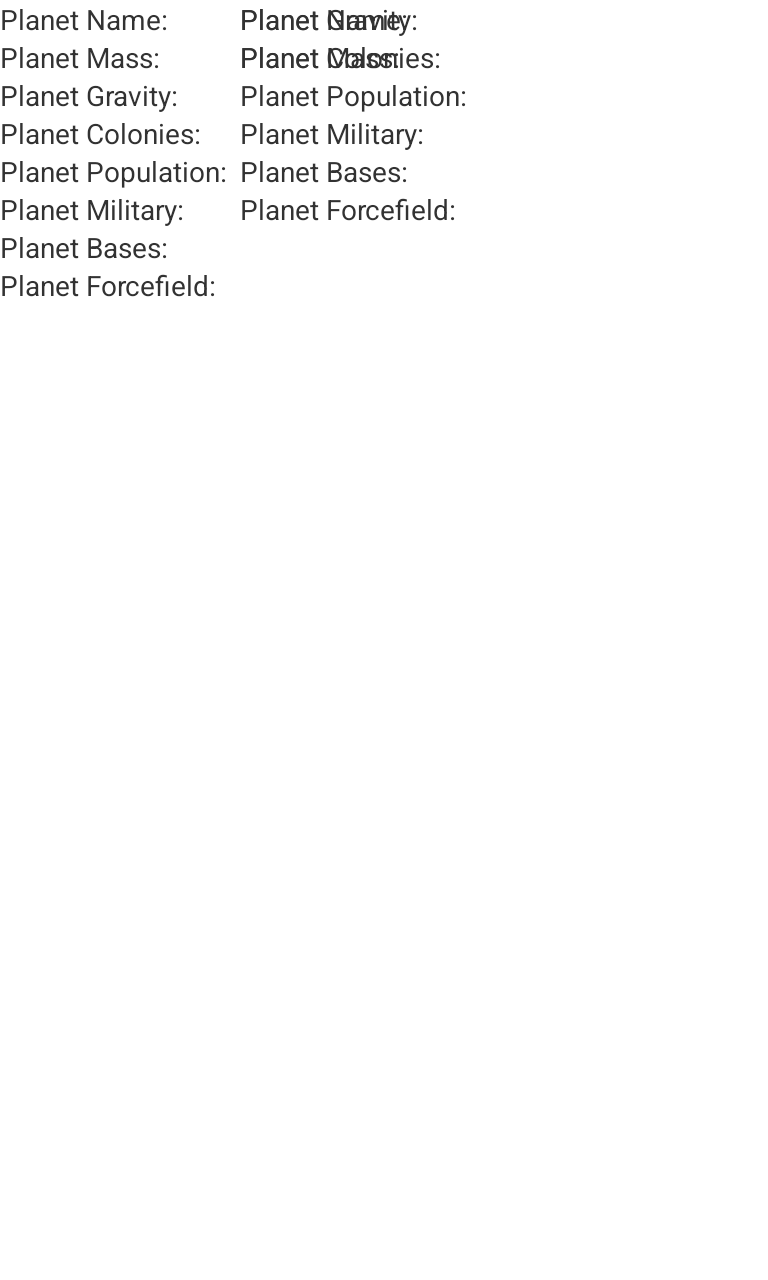
Repository: blender-head/android_basic
Layout: Hello_World/res/layout/activity_main.xml
These files come from the project's save history. The layout is drawn as it stood at one moment and after the next save; the edit follows.
It is drawn on a 768 x 1280 px phone screen (xhdpi) without system bars, with theme AppTheme; the app's code is not run. The app's manifest (not shown) leaves right-to-left support off. So textAlignment, textDirection and layoutDirection are ignored, and left and right values win over start and end ones.

Above is the layout before, as saved 2013-12-31 16:32:42.

After the next save:
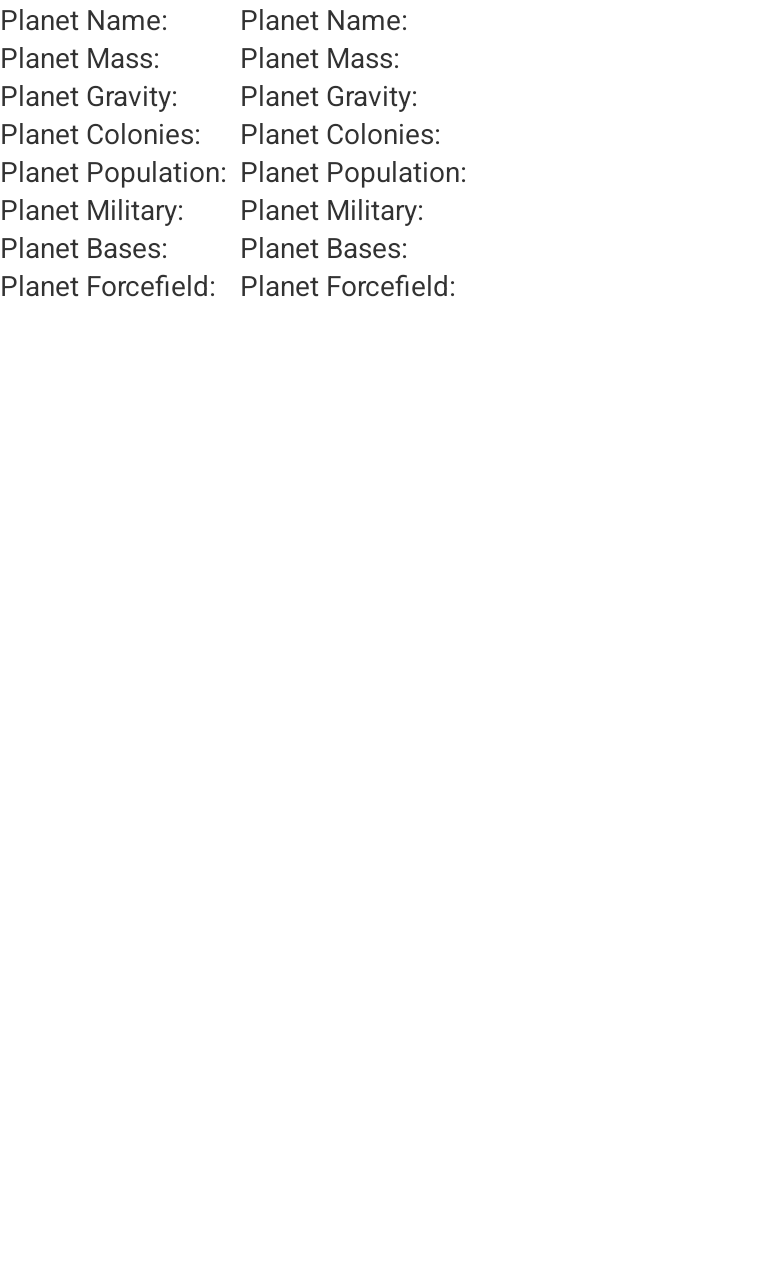
Saved 2 min 0 s later.
--- a/Hello_World/res/layout/activity_main.xml
+++ b/Hello_World/res/layout/activity_main.xml
@@ -51,7 +51,7 @@
         android:id="@+id/dataView3"
         android:layout_toRightOf="@+id/textView3"
         android:layout_alignStart="@+id/dataView1"
-        android:layout_below="@+id/dataView3"
+        android:layout_below="@+id/dataView2"
         android:layout_width="wrap_content"
         android:layout_height="wrap_content"
         android:text="@string/planet_gravity_label" />
